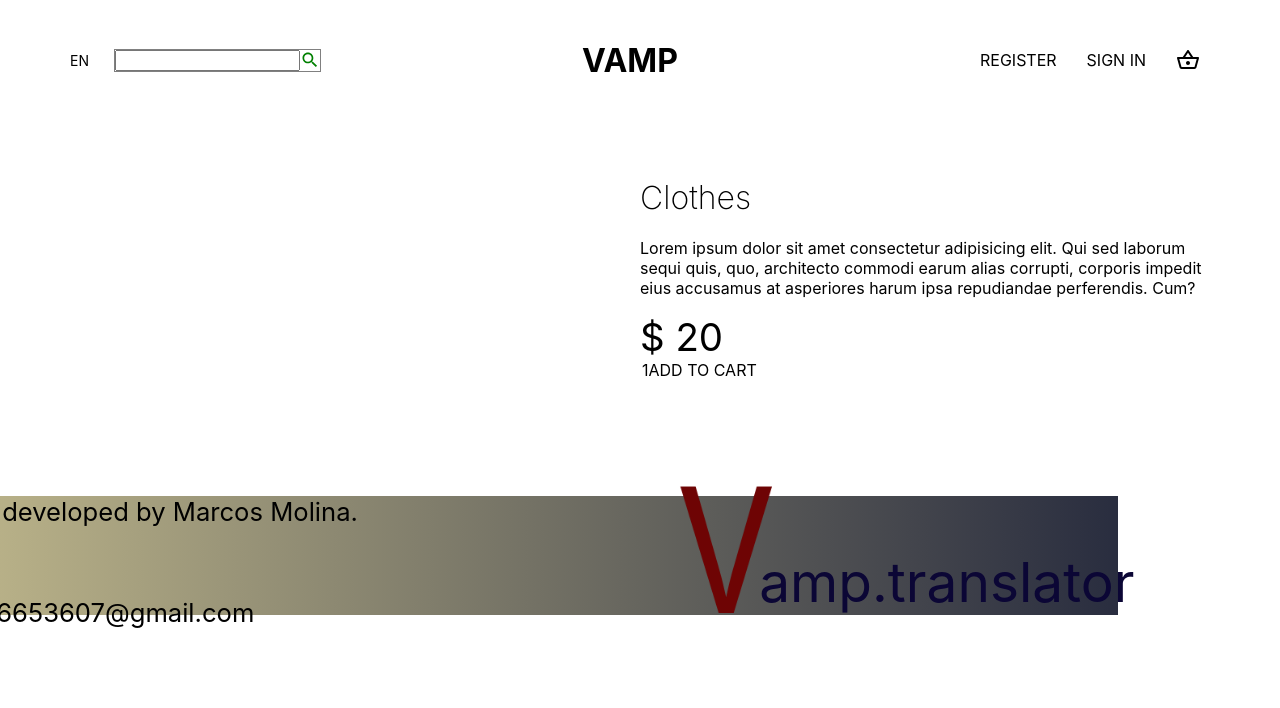
Repository: mgma2005/ecoeli
Page: /
The author's editor kept a copy of each file at every save. The page is drawn from the files as they stood at one save, then again after a run of saves.
The browser window is 1280 px wide. The pictures show the part of the page from y = 173 to 979 px (the page is 881 px tall before and 979 px after).
The project was rebuilt for these pictures with package versions that can differ from the ones it lists, and the page was loaded fresh each time. Also part of the build but not shown: src/App.css.

Above is the page before, as saved 2022-05-14 17:34:51.

### src/App.js

import './App.css';
//import Home from './pages/Home';
import React from 'react';
//import ProductList from './pages/ProductList';
import Product from './pages/Product';


function App() {
  return <Product />
}

export default App;

### src/pages/Product.jsx
import { Add } from "@material-ui/icons";
import { Remove } from "@material-ui/icons";
import styled from "styled-components";
//import Product from '../pages/Product';
import Announcement from "../Components/Announcement";
import Navbar from '../pages/Navbar';
import Footer from '../Components/Footer';




const Container = styled.div`
  padding: 50px;

`;

const Wrapper = styled.div`
  display: flex;
`;

const ImgContainer = styled.div`
  flex: 1;
`;

const Image = styled.div`
  width: 100%;
  height: 90vh;
  object-fit: cover;
`;

const InfoContainer = styled.div`
  flex: 1;
  padding: 0px 50 px;
`;

const Title = styled.h1`
  font-weight: 200;
  margin-top: 20%;
`;

const Desc = styled.p``;

const Price = styled.span`
  font-size: 3vw;
`;

const AddContainer = styled.option`
  display: flex;
  align-items: center;
  width: 50%;
  justify-content: space-between;
`;
const AmountContainer = styled.div`
  display: flex;
  align-items: center;
  font-weight: 700;
`;
const Amount = styled.span``;

const Button = styled.button``;





const Product = ({ item }) => {
  return (
    <Container>
        <Announcement/>
        <Navbar/>
        <Wrapper>
        <ImgContainer>
        <Image src="https://www.tactimex.com/wp-content/uploads/2018/11/Googles1.jpg"/>
        </ImgContainer>
        <InfoContainer>
          <Title>Clothes</Title>
          <Desc>Lorem ipsum dolor sit amet consectetur adipisicing elit. Qui sed laborum sequi quis, quo, architecto commodi earum alias corrupti, corporis impedit eius accusamus at asperiores harum ipsa repudiandae perferendis. Cum? </Desc>
          <Price>$ 20</Price>
          <AddContainer>

            <AmountContainer>
              <Remove/>
              <Amount>1</Amount>
              <Add/>
            </AmountContainer>
            <Button>ADD TO CART</Button>
          </AddContainer>
        </InfoContainer>
      </Wrapper>
      <Footer />
    </Container>
  );
};

export default Product;

### src/Components/Announcement.jsx
import styled from "styled-components";
import React from "react";

const Text = styled.div`
  font-size: 5vw;
  text-align: center;
  background-image: url("https://img.freepik.com/foto-gratis/bandera-argentina-sobre-fondo-blanco_532129-292.jpg?w=900");
  background-size: 20vw;
  background-repeat: no-repeat;
  background-position: center;



`

const P = styled.div`
  font-size: 3vw;
`


const Announcement = () => {
  return (
    <Text>
          Wellcome to Miss Argentina...
        <P>
          the most beautifull footwear ever!
        </P>
    </Text>
  )
}

export default Announcement

### src/pages/Navbar.jsx
import React from 'react';
import styled from 'styled-components';
import { Search, ShoppingBasketOutlined } from "@material-ui/icons";
import { Badge } from '@material-ui/core';



const Container = styled.div`
height: 60px;

`

const Wrapper = styled.div`
padding: 10px 20px;
display: flex;
align-items: center;
justify-content: space-between;

`

const Left = styled.div`
flex: 1;
display: flex;
align-items: center;
`

const Language = styled.span`
    font-size: 14px;
    cursor: pointer;
`

const SearchContainer = styled.div`
    border: 1px solid gray;
    display: flex;
    align-items: center;
    margin-left: 25px;
`

const Input = styled.input`
    border= none;
`
const Logo = styled.h1`
    font-weight: bold;
`


const Center = styled.div`
flex: 1;
text-align: center;
`
const Right = styled.div`
flex: 1;
display: flex;
align-items: center;
justify-content: flex-end;
`

const MenuItem = styled.div`
    font-size= 14px;
    cursor: pointer;
`

function Navbar() {
    return (
        <Container>
            <Wrapper>
            <Left>
               <Language>EN</Language>
               <SearchContainer>
                   <Input/>
                   <Search style={{color:"green", fontSize: 20}}/>
               </SearchContainer>
            </Left>
            <Center><Logo>VAMP</Logo></Center>
            <Right style={{padding: 5, margin: 5}}>
                <MenuItem>REGISTER</MenuItem>
                <MenuItem style={{padding: 30}}>SIGN IN</MenuItem>
                <MenuItem>
                <Badge badgecontent={4} color="primary">
                    <ShoppingBasketOutlined/>
                </Badge>
                </MenuItem>

            </Right>
            </Wrapper>
        </Container>
    );
}

export default Navbar;

### src/Components/Footer.jsx
import React from 'react';
import '../style.css';

  function Footer() {
	return (
		<div className="row">
			<div className="cont2">
				<div className="thissite">This site was developed by Marcos Molina.</div>
				<div className="email">E-mail:mgma6653607@gmail.com</div>
				<div className="col-6">
					<div className="V">V</div>
					<div className="ampi">amp.translator</div>
				</div>
			</div>
		</div>
	);
}

export default Footer;

### src/style.css
.cont2{
    margin: -18%;
    width: 100vw;
    height: auto;
    background: linear-gradient(to right, rgb(204, 195, 146),rgb(41, 45, 63));

}

.thissite{
    font-size: 2vw;
    width: 70vw;

    margin-top: -6%;

}

.email{
    font-size: 2vw;
    align-content: center;
    margin-top: 5.5%;

}

.V{

        color: rgb(110, 4, 4);
        font-family: Courier;
        font-size: 15vw;
        margin-left: 64%;
        margin-top: -13.7%;



        animation-name: vamp;
        animation-timing-function: linear;
        animation-duration: 4s;
        -webkit-transform-origin-x: 5vw;
        animation-iteration-count: infinite;
    }
    @keyframes vamp{
        from{transform: rotateY(0deg);}
        to{transform: rotateY(360deg);}
    }


.ampi{
    font-size: 4.3vw;
    margin-left: 72%;
    margin-top: -9.5%;
    color: rgb(11, 6, 53);



}

Loaded but not shown: public/index.html (common file); src/index.js (common file); src/index.css (common file); src/reportWebVitals.js (common file)

After the next 2 saves:
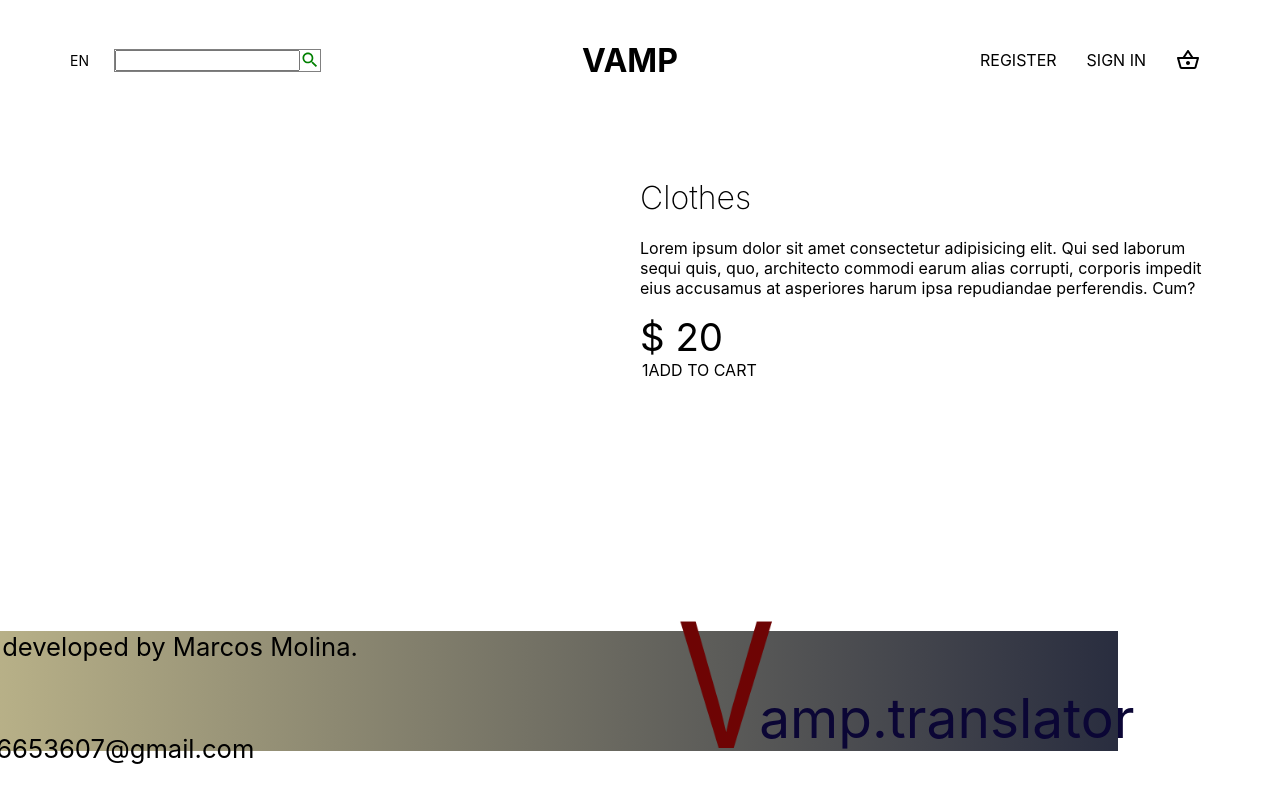
The 2 saves are shown as one change because they came seconds apart.
The last was saved 12 s later.
--- a/src/style.css
+++ b/src/style.css
@@ -1,5 +1,5 @@
 .cont2{
-    margin: -18%;
+    margin-left: -18%;
     width: 100vw;
     height: auto;
     background: linear-gradient(to right, rgb(204, 195, 146),rgb(41, 45, 63));
